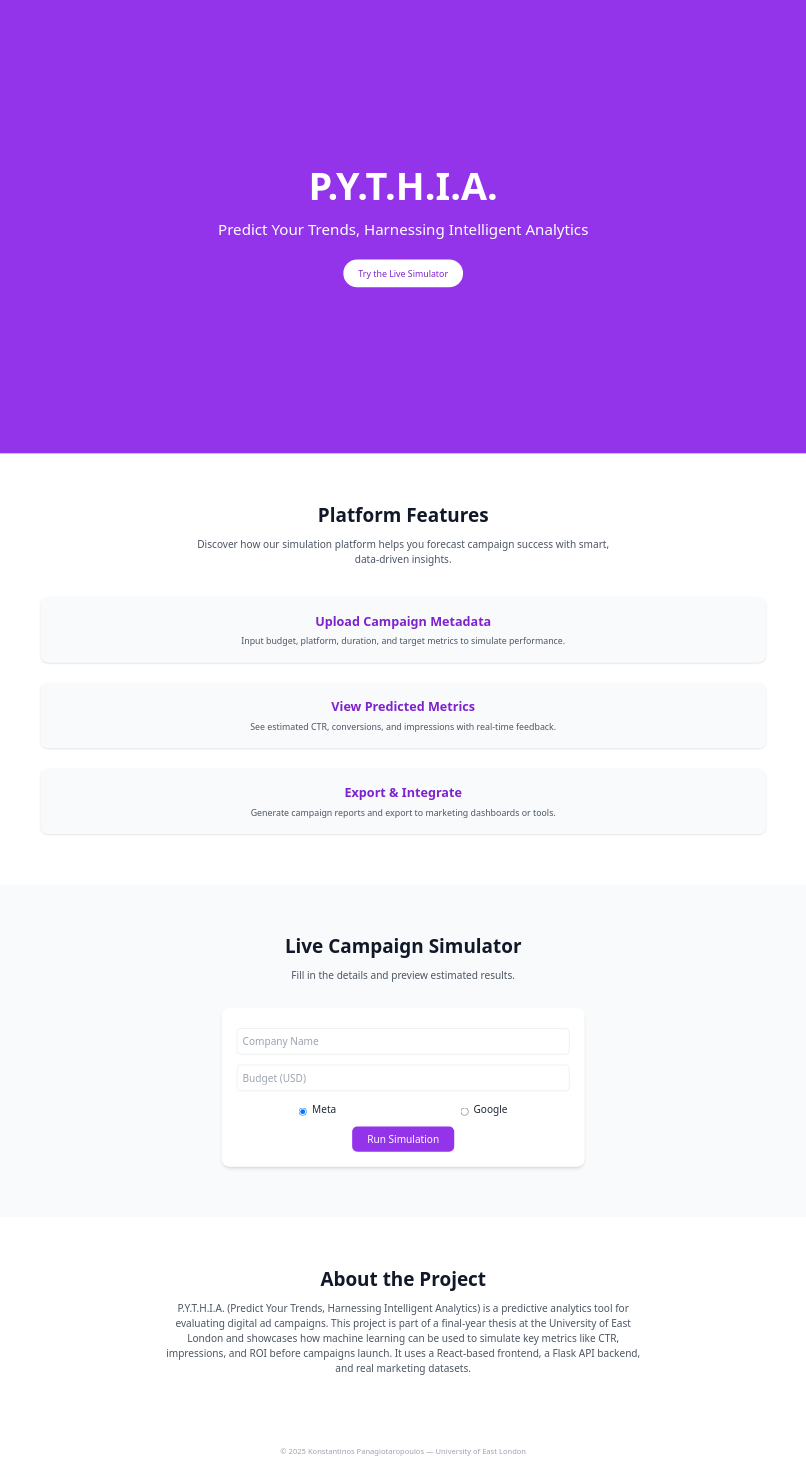
Repository: gaswiz/pythia-core
Page: / (app in frontend-v2/)
The author's editor kept a copy of each file at every save. The page is drawn from the files as they stood at one save, then again after the next save.
The browser window is 1280 px wide. The pictures show the whole page, at 63% of full size.
Some web libraries are served in a nearby version. The project was rebuilt for these pictures with package versions that can differ from the ones it lists, and the page was loaded fresh each time. Also part of the build but not shown: frontend-v2/vite.config.js.

Above is the page before, as saved 2025-05-28 00:18:24.

After the next save:
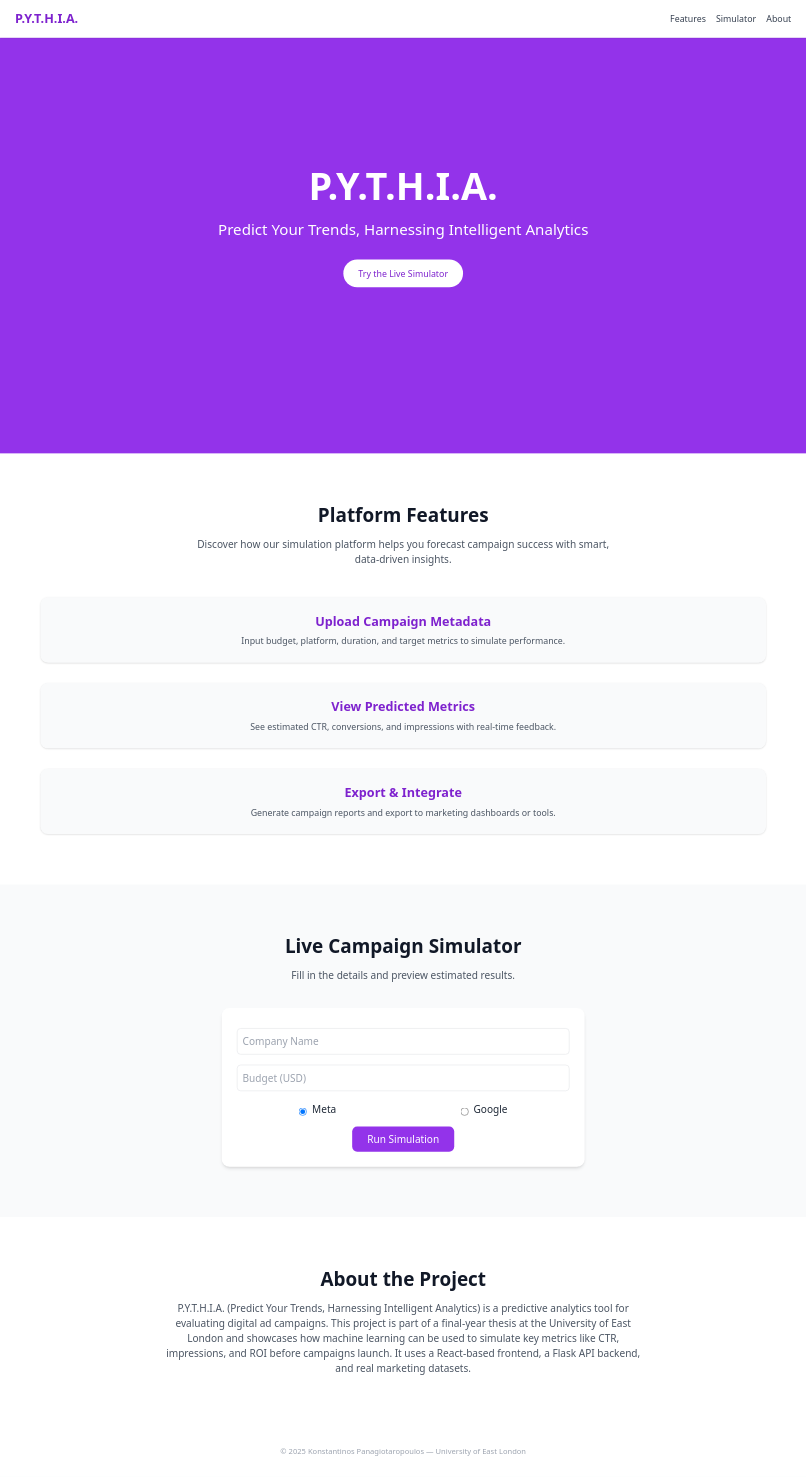
Saved 6 s later.
--- a/frontend-v2/src/App.jsx
+++ b/frontend-v2/src/App.jsx
@@ -1,4 +1,10 @@
+/*
+  File: /src/App.jsx
+  Description: Main entry point calling all component panes for P.Y.T.H.I.A.
+*/
+
 import React from 'react';
+import Navbar from './components/Navbar';
 import Hero from './components/Hero';
 import Features from './components/Features';
 import Simulation from './components/Simulation';
@@ -7,10 +13,15 @@
 export default function App() {
   return (
     <main className="bg-white text-gray-800 font-sans">
+      <Navbar />
       <Hero />
-      <Features />
+      <section id="features">
+        <Features />
+      </section>
       <Simulation />
-      <About />
+      <section id="about">
+        <About />
+      </section>
       <footer className="text-center text-xs text-gray-400 py-8">
         &copy; 2025 Konstantinos Panagiotaropoulos — University of East London
       </footer>
